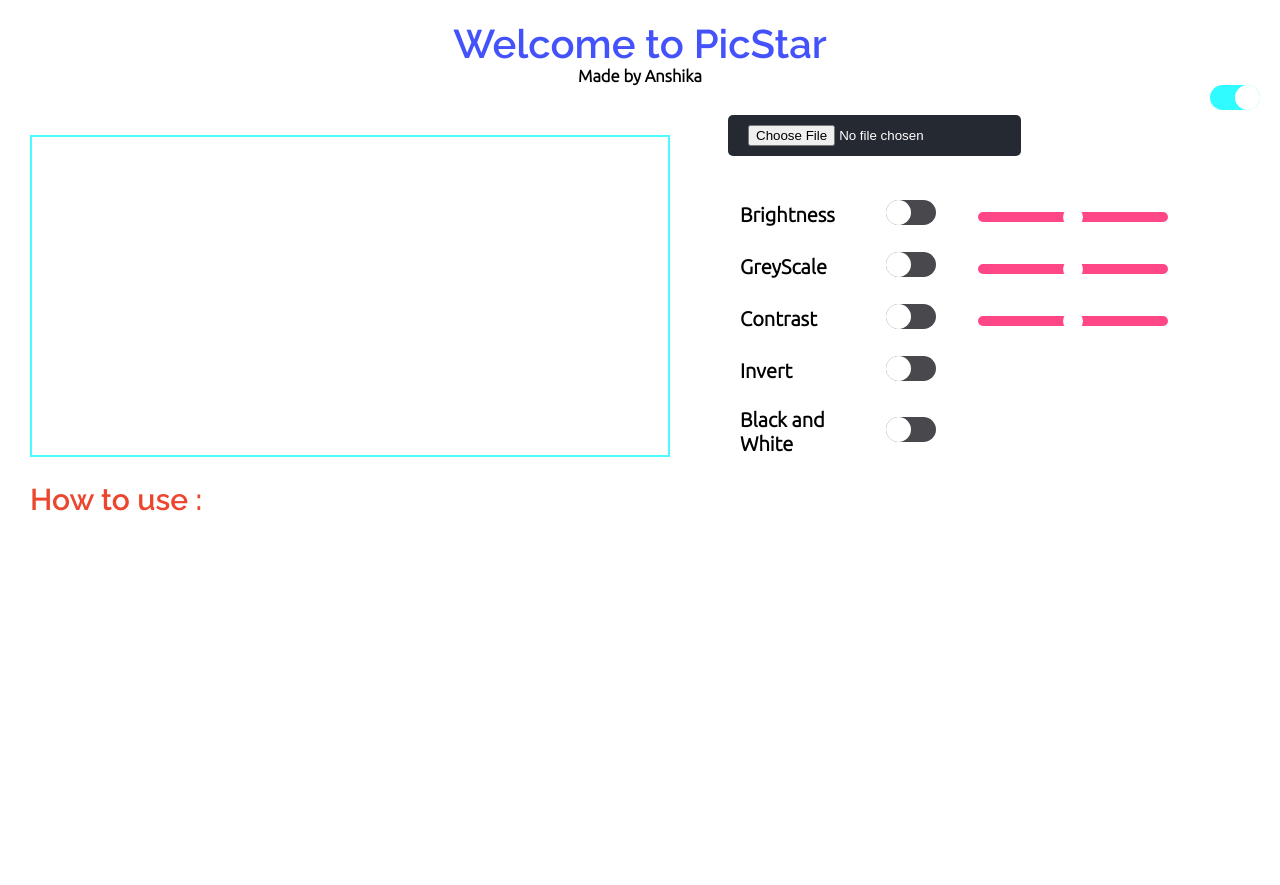
Repository: ANSHIKA1806/PICSTAR
Page: index.html
An editor plug-in stored every save of this project. The page is shown before and after the next save, followed by the edit.
The browser window is 1280 px wide. The pictures show the whole page.
After loading, the first visible `#theme` was changed once.

Above is the page before, as saved 2021-10-08 21:12:21.
Console error: TypeError: Cannot set properties of undefined (setting 'color')

### index.html
<!DOCTYPE html>
<html lang="en">

<head>
	<link rel='icon' href='favicon.ico' type='image/x-icon'>
	<meta charset="UTF-8">
	<title>PicStar Image Editor</title>
	<link rel="stylesheet" href="./style.css">

</head>

<body>

	<!-- partial:index.partial.html -->
	<h1 id="main-heading">Welcome to PicStar</h1>
	<h5 id="heading-subtext">Made by Anshika</h5>
	<input type="checkbox" class="theme" id="theme"/>

	<div class="editparts">

		<table>
			<tr>
				<input type="file" id="imageLoader" name="imageLoader" value="upload picture" />
			</tr>
			<tr>
				<td class="option">Brightness</td>
				<td><input type="checkbox" id="bri_check" /></td>
				<td><input type="range" min="0" max="1" step="0.01" id="bright"></td>
			</tr>
			<tr>
				<td class="option">GreyScale</td>
				<td><input type="checkbox" id="gre_check" /></td>
				<td><input type="range" min="0" max="3" step="0.3" id="greyscale"></td>
			</tr>
			<tr>
				<td class="option">Contrast</td>
				<td><input type="checkbox" id="cont_check" /></td>
				<td><input type="range" min="0" max="500" step="1" id="contrast"></td>
			</tr>
			<tr>
				<td class="option">Invert</td>
				<td><input type="checkbox" id="invert" /></td>
				<td></td>
			</tr>
			<tr>
				<td class="option">Black and White</td>
				<td><input type="checkbox" id="bwhite"></td>
				<td></td>
			</tr>
		</table>
	</div>
	<canvas id="canvas"></canvas>
	<h3 id="instructions-heading">How to use : </h3>
	<h4 id="instructions">
		<ol>
			<li class="insctruction">Upload an image of .jpg or .png format</li>
			<li class="insctruction">Click on the toggle buttons to apply the features</li>
			<li class="insctruction">Drag the slider until you get a statisfying image</li>
			<li class="insctruction">Right click on the image and select Save Image As</li>
		</ol>
	</h4>
	<!-- partial -->
	<script src="./script.js"></script>

</body>

</html>

### style.css
@import url('https://fonts.googleapis.com/css2?family=Raleway:wght@600&display=swap');
@import url('https://fonts.googleapis.com/css2?family=Ubuntu:wght@300&display=swap');

::-webkit-scrollbar {
	display: none;
}


* {
	margin: 0;
	padding: 0;
	box-sizing: border-box;
}

* {
	outline: transparent;
	padding: 0;
	margin: 0;
	box-sizing: border-box;
}

body {
	background-color: rgb(0, 0, 0);
	color: #fff;
	font-family: 'Ubuntu', sans-serif;
	font-weight: bold;
	font-size: 20px;
}

#main-heading {
	font-family: 'Raleway', sans-serif;
	font-weight: 600;
	text-align: center;
	margin-top: 20px;
	color: rgb(68, 82, 251);
}

#heading-subtext {
	font-family: 'Ubuntu', sans-serif;
	text-align: center;
}

.editparts {
	width: 40%;
	float: right;
	padding: 30px;
	height: 800px;
}

#imageLoader {
	background-color: #252932;
	color: white;
}

canvas {
	border: 2px solid #4afcff;
	width: 50%;
	display: inline-block;
	margin-top: 50px;
	height: 40%;
	margin-left: 30px;
}

input[type="file"] {
	display: inline-block;
	margin-bottom: 30px;
	background-color: #fff;
	color: #252932;
	padding: 10px 20px;
	border-radius: 5px;
}

input[type="checkbox"] {
	position: relative;
	width: 50px;
	height: 25px;
	background-color: #49494d;
	appearance: none;
	-webkit-appearance: none;
	-moz-appearance: none;
	border-radius: 20px;
	transition: 0.5s;
	cursor: pointer;
	display: inline-block;
	margin-right: 20px;
}

input:checked[type="checkbox"] {
	background-color: #30fcff;
	outline: none;
	padding-left: 10px;
}

input[type="checkbox"]:before {
	content: '';
	width: 25px;
	height: 25px;
	border-radius: 50%;
	background-color: #fff;

	position: absolute;
	top: 0;
	left: 0;
	transition: 0.5s;
}

input:checked[type="checkbox"]:before {
	left: 25px;
	transition: 0.5s;
}

input[type="range"] {
	appearance: none;
	-webkit-appearance: none;
	-moz-appearance: none;
	width: 190px;
	height: 10px;
	background-color: #ff4787;
	border-radius: 20px;
	outline: transparent;
	cursor: pointer;
}

input[type="range"]::-webkit-slider-thumb {
	-webkit-appearance: none;
	appearance: none;
	width: 20px;
	height: 20px;
	background-color: #ffffff;
	cursor: pointer;
	border-radius: 100%;
	border: none;
	outline: transparent;

}

input[type="range"]::-moz-range-thumb {
	-moz-appearance: none;
	appearance: none;
	width: 20px;
	height: 20px;
	background-color: #e1a1ff;
	cursor: pointer;
	border-radius: 25%;
	border: none;
	outline: transparent;
	box-shadow: inset 0 0 5px rgba(0, 0, 0, 0.5);
}

tr td {
	padding: 10px;
}

#instructions-heading {
	font-family: 'Raleway', sans-serif;
	color: rgb(236, 70, 46);
	margin-top: 20px;
	margin-left: 30px;
	font-size: 30px;
}

#instructions {
	margin-left: 50px;
	font-size: 20px;
}

ol li {
	padding: 10px;
}

.theme {
	float: right;
}

### script.js
var bright = document.getElementById("bright");
			var bri_c = document.getElementById("bri_check");
			var scale = document.getElementById("greyscale");
			var gre_c = document.getElementById("gre_check");
			var cont = document.getElementById("contrast");
			var cont_ch = document.getElementById("cont_check");
			var invert = document.getElementById("invert");
			var bw = document.getElementById("bwhite");
			var ctx = document.getElementById("canvas").getContext("2d");
			var canvas = document.getElementById("canvas");

			var imageLoader = document.getElementById("imageLoader");
			imageLoader.addEventListener("change", handleImage);
			bright.addEventListener("change", brights);
			bri_c.addEventListener("click", brights);
			scale.addEventListener("change", brights);
			gre_c.addEventListener("click", brights);
			cont.addEventListener("change", brights);
			cont_ch.addEventListener("click", brights);
			invert.addEventListener("click", brights);
			bw.addEventListener("click", brights);


			var img, mydata;;
			function handleImage(e) {
				var reader = new FileReader();
				reader.onload = function(event) {
				img = new Image();
					img.onload = function() {
					canvas.width = img.width;
					canvas.height = img.height;
					ctx.drawImage(img, 0, 0);
					newImage = ctx.getImageData(0, 0, 800, 400);
					mydata = newImage.data;
					newImage.data = mydata;
					ctx.putImageData(newImage, 0, 0);
					};
				img.src = event.target.result;
				};
				if(e.target.id == "imageLoader"){
					reader.readAsDataURL(e.target.files[0]);
				}
			}




			function brights(){

				ctx.drawImage(img, 0, 0);
				newImage = ctx.getImageData(0,0,img.width,img.height);
				mydata = newImage.data;
				newImage.data = mydata;
				ctx.putImageData(newImage, 0, 0);

				//start brightness
				if(bri_c.checked == true){
					for(var i = 0;i<mydata.length;i+=4){
						mydata[i] 	= mydata[i]   * bright.value;
						mydata[i+1] = mydata[i+1] * bright.value;
						mydata[i+2] = mydata[i+2] * bright.value;
					}
				}
				//End brightness

			//start greyscale
				if(gre_c.checked == true){
					for(var i = 0;i<mydata.length;i+=4){
						var grey = (mydata[i] + mydata[i+1] + mydata[i+2]) / scale.value;
						mydata[i] 	= grey;
						mydata[i+1] = grey;
						mydata[i+2] = grey;
					}
				}
			//end grey scale

			//start Contrast
				if(cont_ch.checked == true){
					for(var i = 0;i<mydata.length;i+=4){
						var factor = (259 * (cont.value + 255)) / (255 * (259 - cont.value));
						mydata[i] 	= factor * (mydata[i] - 128) + 128;
						mydata[i+1] = factor * (mydata[i+1] - 128) + 128;
						mydata[i+2] = factor * (mydata[i+2] - 128) + 128;
					}
				}
			//end Contrast

			//start invert picture
				if(invert.checked == true){
					for(var i = 0;i<mydata.length;i+=4){
						mydata[i] 	= 255 - mydata[i];
						mydata[i+1] = 255 - mydata[i+1];
						mydata[i+2] = 255 - mydata[i+2];
					}
					newImage.data = mydata;
					ctx.putImageData(newImage,0,0);
				}
			//End invert picture

			//start B/W picture
				if(bw.checked == true){
					for(var i = 0;i< mydata.length;i+=4){
						var grey = (mydata[i] + mydata[i+1] + mydata[i+2]) / 3;
						if(grey < 128){
							mydata[i] = mydata[i+1] = mydata[i+2] = 0;
						}else{
							mydata[i] = mydata[i+1] = mydata[i+2] = 255;
						}
					}
				newImage.data = mydata;
				ctx.putImageData(newImage,0,0);
				}
			//End B/W picture
			newImage.data = mydata;
			ctx.putImageData(newImage,0,0);
			}
						/*End Editing Function*/

			//Function for dark mode
			var modeActivated = document.getElementById("theme");
			modeActivated.addEventListener('change', function() {
				if (modeActivated.checked) {
					document.body.style.background = "#fff";
					let title = document.getElementById("heading-subtext");
					title.style.color = "black";
					let options = document.getElementsByClassName("option");
					for (let i = 0; i < options.length; i++) {
						options[i].style.color = "black";
					}
					let insctructions = document.getElementsByClassName("insctruction");
					let instruction = document.querySelectorAll("li");
					instruction.style.color = "black";
					for (let i = 0; i < insctructions.length; i++) {
						insctructions[i].style.color = "black";
					}
				}

				else {
					document.body.style.background = "black";
					let title = document.getElementById("heading-subtext");
					title.style.color = "white";
					let options = document.getElementsByClassName("option");
					for (let i = 0; i < options.length; i++) {
						options[i].style.color = "white";
					}
					let instruction = document.querySelectorAll("li");
					instruction.style.color = "white";
				}

			})

After the next save:
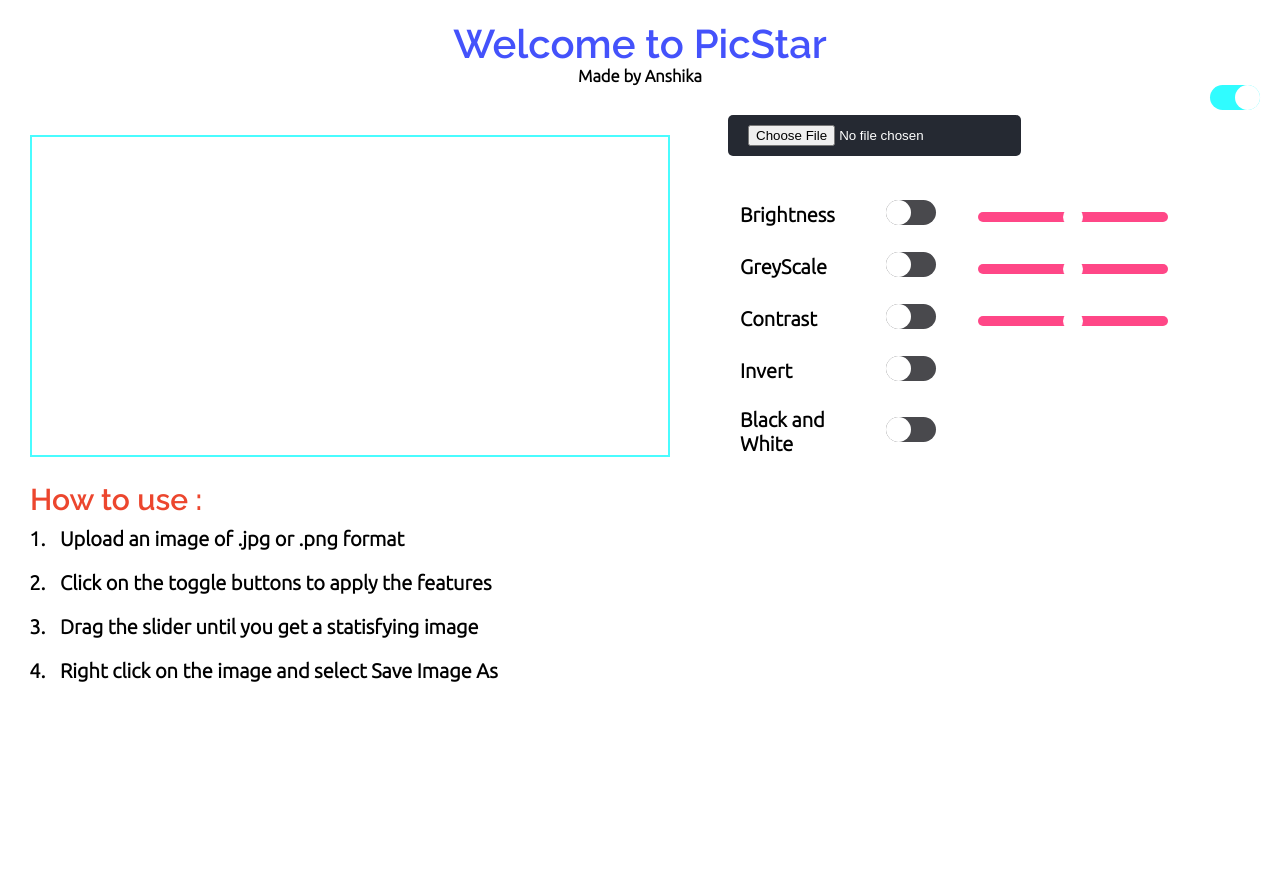
The error is gone.
Saved 32 s later.
--- a/script.js
+++ b/script.js
@@ -127,11 +127,9 @@ var bright = document.getElementById("bright");
 					for (let i = 0; i < options.length; i++) {
 						options[i].style.color = "black";
 					}
-					let insctructions = document.getElementsByClassName("insctruction");
-					let instruction = document.querySelectorAll("li");
-					instruction.style.color = "black";
-					for (let i = 0; i < insctructions.length; i++) {
-						insctructions[i].style.color = "black";
+					let insctruction = document.getElementsByClassName("insctruction");
+					for (let i = 0; i < insctruction.length; i++) {
+						insctruction[i].style.color = "black";
 					}
 				}
 
